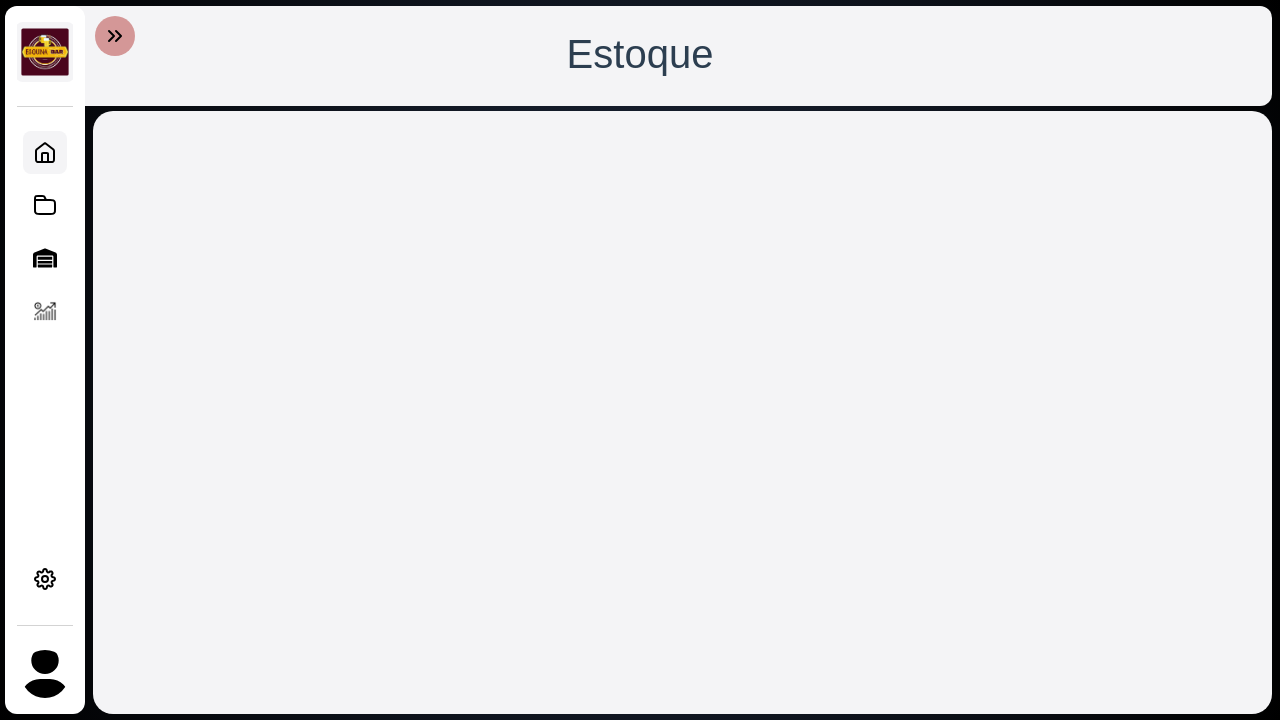
Repository: jazaoo13/Projeto_Oficina_Integracao
Page: / (app in Aplicacao_vue/)
The author's editor kept a copy of each file at every save. The page is drawn from the files as they stood at one save, then again after the next save.
The browser window is 1280 px wide. The page is 1287 px wide, so the pictures cover 1287 px, including what lies to the right of the window. The pictures show the whole page.
The page's requests for data from a server got no answer. The project was rebuilt for these pictures with package versions that can differ from the ones it lists, and the page was loaded fresh each time. No one was signed in, and anything a server would have sent is missing. Also part of the build but not shown: Aplicacao_vue/vue.config.js, Aplicacao_vue/src/View/jazao.vue.

Above is the page before, as saved 2023-11-19 14:50:00.

### Aplicacao_vue/public/index.html
<!DOCTYPE html>
<html lang="">
  <head>
    <meta charset="utf-8">
    <meta name="viewport" content="width=device-width, initial-scale=1">
    <meta http-equiv="X-UA-Compatible" content="IE=edge">
    <meta name="viewport" content="width=device-width,initial-scale=1.0">
    <link rel="icon" href="<%= BASE_URL %>favicon.ico">
    <link href="https://cdn.jsdelivr.net/npm/bootstrap@5.3.2/dist/css/bootstrap.min.css" rel="stylesheet" integrity="sha384-T3c6CoIi6uLrA9TneNEoa7RxnatzjcDSCmG1MXxSR1GAsXEV/Dwwykc2MPK8M2HN" crossorigin="anonymous">
    <title>Controle de Bebidas</title>
  </head>
  <body>
    <script src="https://cdn.jsdelivr.net/npm/bootstrap@5.3.2/dist/js/bootstrap.bundle.min.js" integrity="sha384-C6RzsynM9kWDrMNeT87bh95OGNyZPhcTNXj1NW7RuBCsyN/o0jlpcV8Qyq46cDfL" crossorigin="anonymous"></script>
    <div id="app"></div>
    <!-- built files will be auto injected -->
  </body>
</html>

### Aplicacao_vue/src/main.js
import Vue from 'vue'
import App from './App.vue'
import {BootstrapVue, IconsPlugin} from 'bootstrap-vue';
import 'font-awesome/css/font-awesome.css';
import 'bootstrap-vue/dist/bootstrap-vue.css'
import 'bootstrap/dist/css/bootstrap.css'
import router from './router'
import Vuex from 'vuex'
import store from './store'

Vue.config.productionTip = false
Vue.use(BootstrapVue);
Vue.use(IconsPlugin);
Vue.use(Vuex);

new Vue({
  router,
  store,
  render: h => h(App)
}).$mount('#app')

### Aplicacao_vue/src/router/index.js
import Vue from 'vue'
import VueRouter from 'vue-router'
import Home from '../View/Home.vue'
import jazao_component from '../View/jazao.vue'
Vue.use(VueRouter)

const routes = [
  {
    path: '/',
    name: 'home',
    component: Home
  },
  {
    path: '/jazao',
    name: 'Jazao',
    component: jazao_component
    //component: () => import(/* webpackChunkName: "about" */ '../View/HomeTeste.vue')
  },

]

const router = new VueRouter({
  mode: 'history',
  base: process.env.BASE_URL,
  routes
})

export default router

### Aplicacao_vue/src/store.js
import Vue from 'vue'
import Vuex from 'vuex'

Vue.use(Vuex)

const store = new Vuex.Store({
    data(){
        return{
            isActive: false
        }
    },
    state: {
        count: 0,
        isActive: false
    },
    mutations: {
        increment(state) {
            state.count++
        },
        setIsActive(state){
            state.isActive = !state.isActive
        }
    },

})
export default store

### Aplicacao_vue/src/View/Home.vue
<template>
    <div class="bodyClass">
        <div class="container-fluid">
            <div class="row">
                <Sidebar></Sidebar>
            </div>
            <div class="content-container">
                <HeaderPage></HeaderPage>
                <EstoqueView></EstoqueView>
            </div>
        </div>

    </div>
</template>

<script>
import axios from 'axios';
import Sidebar from './Sidebar.vue';
import HeaderPage from './Header.vue'
import EstoqueView from '../components/EstoqueView.vue'
export default {
    name: 'HomePage',
    components: {
        Sidebar,
        HeaderPage,
        EstoqueView
    },
    data() {
        return {
            lstApi: '',
        };
    },
    methods: {
        chamar_api() {
            let url = 'https://catfact.ninja/fact';
            axios
                .get(url, {

                })
                .then((resposta) => {
                    this.lstApi = resposta
                })
                .catch((erro) => console.log(erro));
        },
    },
    mounted() {
        this.chamar_api()
    },
};
</script>

<style lang="scss" scoped>
.bodyClass {
    height: 100vh;
    background: radial-gradient(circle at 50% 50%, #192233 20%, #000);
    padding: 0.375rem;
    font-family: Poppins, sans-serif;
    display: flex;
}
.container-fluid {
  flex: 1;
  display: flex;
  flex-direction: column;
  padding-right: 2px;
  padding-left: 2px;
}
.row {
  display: flex;
  flex: 1;
}
.content-container {
  display: flex;
  flex-direction: column;
  flex: 1500;
}
</style>

### Aplicacao_vue/src/View/Sidebar.vue
<template>
    <div>
        <nav :class="{ 'isActive': this.$store.state.isActive }">
            <div class="sidebar-header" :class="{ 'isActive': this.$store.state.isActive }">
                <a class="logo-wrapper">
                    <img src="@/assets/logo_esquina.png" alt="Logo" :class="{ 'isActive': this.$store.state.isActive }">
                    <h2 :class="{ 'isActive': this.$store.state.isActive }">Bar da Esquina</h2>
                </a>
                <button class="toggle-btn" @click="toggle()">
                    <img src="../assets/expand.svg" alt="expand button">
                </button>
            </div>

            <div class="sidebar-links" :class="{ 'isActive': this.$store.state.isActive }">
                <a class="link active">
                    <img src="../assets/home.svg" alt="">
                    <span :class="{ 'isActive': this.$store.state.isActive }">Home</span>
                </a>
                <a class="link">
                    <img src="../assets/projects.svg" alt="">
                    <span :class="{ 'isActive': this.$store.state.isActive }">Cadastro</span>
                </a>
                <a class="link">
                    <img src="../assets/estoque.svg" alt="">
                    <span :class="{ 'isActive': this.$store.state.isActive }">Estoque</span>
                </a>
                <a class="link">
                    <img src="../assets/vendas.png" alt="">
                    <span :class="{ 'isActive': this.$store.state.isActive }">Vendas</span>
                </a>
            </div>


            <div class="sidebar-bottom" :class="{ 'isActive': this.$store.state.isActive }">
                <div class="sidebar-links" :class="{ 'isActive': this.$store.state.isActive }">
                    <a class="link">
                        <img src="../assets/settings.svg" alt="">
                        <span :class="{ 'isActive': this.$store.state.isActive }">Configurações</span>
                    </a>
                </div>

                <div class="user-profile" :class="{ 'isActive': this.$store.state.isActive }">
                    <div class="user-avatar">
                        <img src="../assets/user.svg" alt="">
                    </div>
                    <div class="user-details" :class="{ 'isActive': this.$store.state.isActive }">
                        <p class="username">Usuario</p>
                        <p class="user-email">email@gmail.com</p>
                    </div>
                </div>
            </div>
        </nav>
    </div>
</template>

<script>
import store from '../store';
import { mapState } from 'vuex'
export default {
    name: "SiderBar",
    store,
    components: {
    },
    data() {
        return {
            //isActive:false,
            // imagens:{
            //     imagem1: url=''
            // }
            //array de objetos para os botoes laterais
        }
    },
    methods: {
        Abre_Cadastro() {

        },
        computed: {
            ...mapState(['isActive'])

        },
        toggle() {
            this.$store.commit('setIsActive');

            const toggleBtn = document.querySelector(".toggle-btn");
            toggleBtn.style.transform = this.$store.state.isActive ? "rotate(180deg)" : "rotate(0deg)";
        },
    },
    mounted() {

    },
}
</script>


<style lang="scss">
*,
*::before,
*::after {
    margin: 0;
    padding: 0;
    box-sizing: border-box;
}

button,
a {
    all: unset;
    font: inherit;
    cursor: pointer;
    text-decoration: none !important;
}

a:hover {
    color: inherit !important;
}

nav {
    position: fixed;
    width: 5rem;
    height: calc(100vh - 0.75rem);
    background-color: #ffffff;
    padding: 1rem 0.75rem;
    border-radius: 0.75rem;
    display: flex;
    flex-direction: column;
    transition: width 500ms ease;

    &.isActive {
        width: 15rem;
    }
}

h2 {
    display: none;

    &.isActive {
        display: inline;
        font-size: 1.5rem;
    }
}

.sidebar-header,
.sidebar-links {
    display: flex;
    justify-content: center;
    align-items: center;
    overflow: hidden;
    flex-direction: column;
    &.isActive {
        justify-content: start;
        align-items: stretch;
    }
}
.sidebar-links {
    flex-direction: column;
    margin-bottom: auto;
    gap: 0.6rem;
    padding-bottom: 1.5rem;
    padding-top: 1.5rem;
}
.sidebar-header {
    margin-bottom: 1.5rem;
    &.isActive {
        justify-content: start;
        align-items: stretch;
    }
}

.logo-wrapper {
    display: flex;
    justify-content: start;
    align-items: center;
    gap: 1.25rem;
    text-decoration: none !important;
}

a.logo-wrapper:hover {
    color: inherit !important;
}

.logo-wrapper>img {
    width: 60px;
    height: 60px;
    background-color: #f4f4f6;
    padding: 0.4rem;
    border-radius: 0.5rem;

    &.isActive {
        width: 100px;
        height: 100px;
    }
}

nav>.sidebar-links {
    border-top: 1px solid rgb(211, 211, 211);
}

.link {
    display: flex;
    padding: 0.6rem;
    border-radius: 0.5rem;
    gap: 1.5rem;
}

span {
    display: none;

    &.isActive {
        display: inline;
    }
}

.link:hover,
.link.active:hover {
    background-color: #e4e4e8;
}

.link.active {
    background-color: #f4f4f6;
}

.link>img {
    width: 24px;
    height: 24px;
}

.sidebar-bottom .sidebar-links {
    padding-bottom: 1.5rem;
}

.toggle-btn {
    position: absolute;
    top: 10px;
    right: -50px;
    padding: 0.5rem;
    background-color: #d49797;
    border-radius: 50%;
    display: flex;
    justify-content: center;
    align-items: center;
    transition: transform 0.25s ease;
}

.user-profile {
    display: flex;
    justify-content: center;
    align-items: center;
    gap: 1.5rem;
    padding-top: 1.5rem;
    border-top: 1px solid rgb(211, 211, 211);

    &.isActive {
        justify-content: start;
        align-items: stretch;
    }
}

.user-avatar {
    width: 48px;
    height: 48px;
    cursor: pointer;
    transition: scale 0.2s ease;
}

.user-avatar img {
    width: 100%;
    height: 100%;
    border-radius: 50%;
    object-fit: cover;
}

.user-avatar:hover {
    scale: 1.1;
}

.user-details {
    align-self: center;
    overflow: hidden;
    display: none;

    .username {
        font-size: 0.85rem;
        font-weight: 600;
    }

    .user-email {
        font-size: 0.8rem;
    }

    &.isActive {
        display: inline;
    }

}</style>

### Aplicacao_vue/src/View/Header.vue
<template>
    <div>
        <div class="header" :class="{ 'isActive': this.$store.state.isActive }">
        <h1 class="titulo">Estoque</h1>
        </div>
    </div>
</template>

<script>
import { mapState } from 'vuex'
export default {
    name: "HeaderPage",
    data() {
        return {
            //isActive: false,
        }
    },
    computed: {
        ...mapState(['isActive'])

    },
}
</script>

<style lang="scss" scoped>
.header {
    //width: calc(100% - 85px);
    background-color: #f4f4f6;
    border-radius: 0.75rem;
    height: 100px;
    margin-left:auto;
    transition: width 500ms ease ;
    &.isActive{
        //width:calc(100% - 245px);
        transition: width 500ms ease ;
    }
}
.titulo{
    height: 100%;
    padding-top: 1.5rem;
}

// .header{

// }
</style>

### Aplicacao_vue/src/components/EstoqueView.vue
<template>
    <div class="backPage" :class="{ 'isActive': this.$store.state.isActive }">

    </div>
</template>

<script>
import store from '../store';
import { mapState } from 'vuex'
    export default {
        name:"EstoqueView",
        store,
        methods: {
        computed: {
            ...mapState(['isActive'])

        }
    },
    }
</script>

<style lang="scss" scoped>
.backPage{
    background-color: #f4f4f6;
    width: calc(100% - 85px);
    margin-left: auto;
    border-radius: 20px;
    margin-top: 5px;
    height: calc(100% - 10px);
    transition: width 500ms ease ;
    &.isActive{
        width:calc(100% - 245px);
        transition: width 500ms ease ;
    }
}
</style>

Loaded but not shown: Aplicacao_vue/src/App.vue (common file)

After the next save:
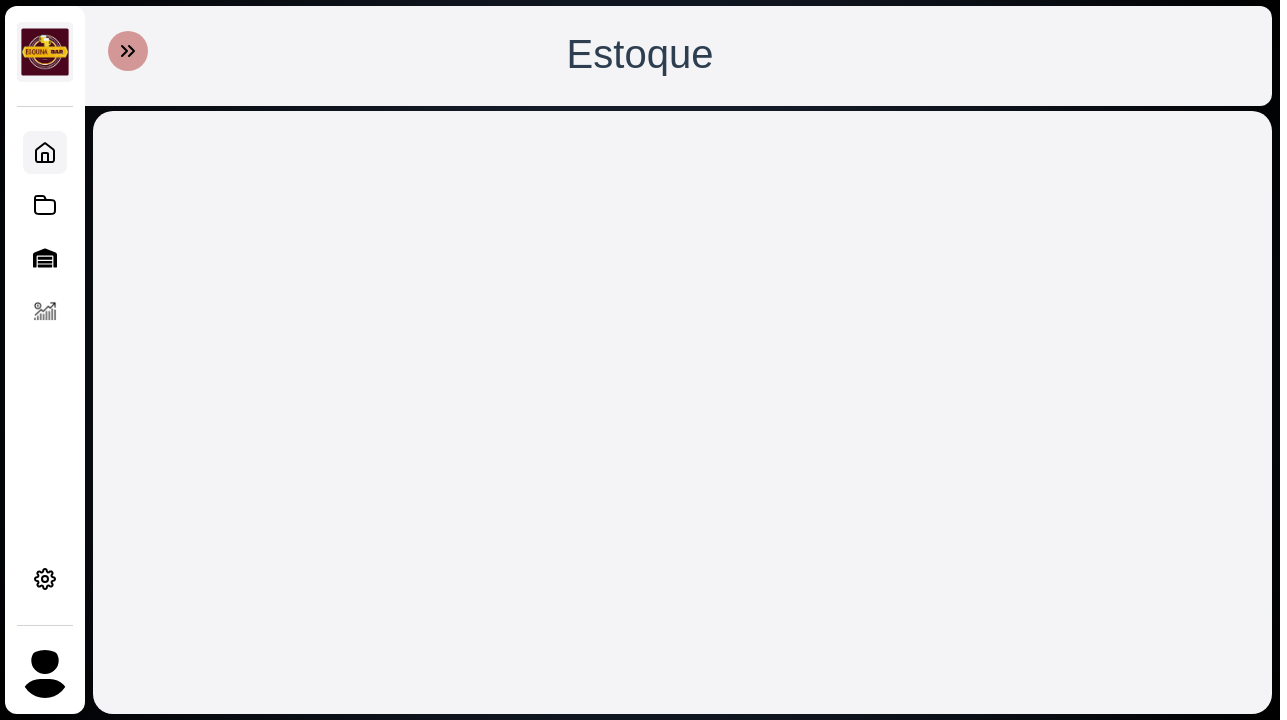
Saved 93 s later.
--- a/Aplicacao_vue/src/View/Sidebar.vue
+++ b/Aplicacao_vue/src/View/Sidebar.vue
@@ -229,8 +229,8 @@ span {
 
 .toggle-btn {
     position: absolute;
-    top: 10px;
-    right: -50px;
+    top: 25px;
+    right: -63px;
     padding: 0.5rem;
     background-color: #d49797;
     border-radius: 50%;
